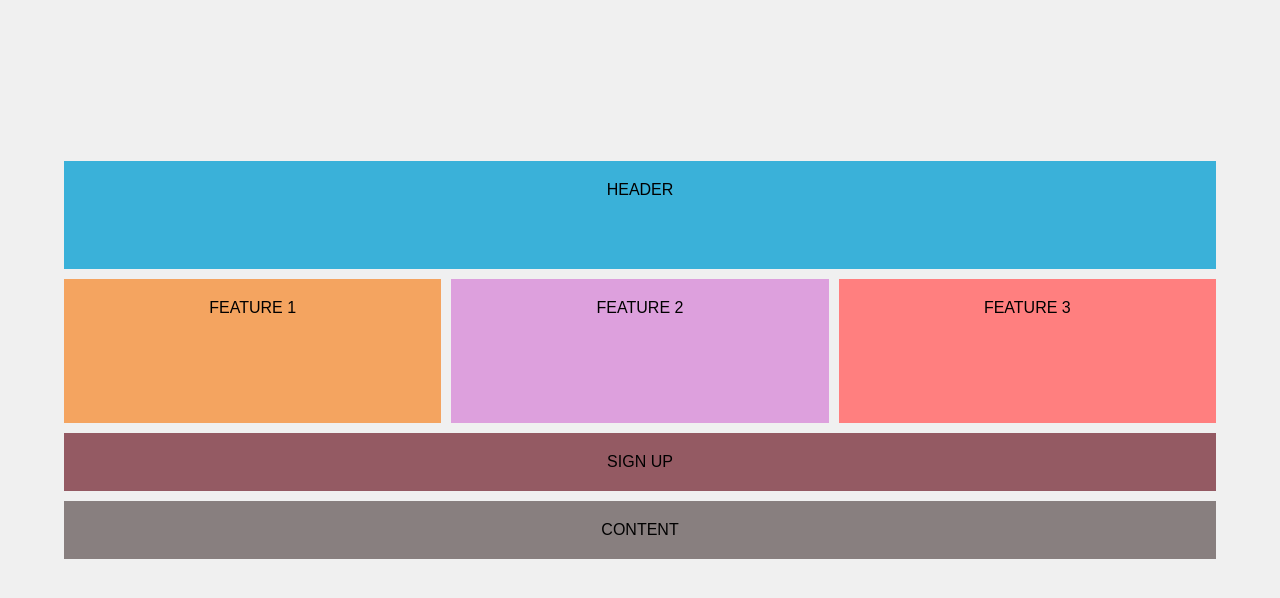
Repository: viveknaidu007/repo-152-FSD-InnomaticsTasksSep2024
Page: task_3/index.html
An editor plug-in stored every save of this project. The page is shown before and after the next save, followed by the edit.
The browser window is 1280 px wide. The pictures show the whole page.

Above is the page before, as saved 2024-10-02 11:34:53.

After the next save:
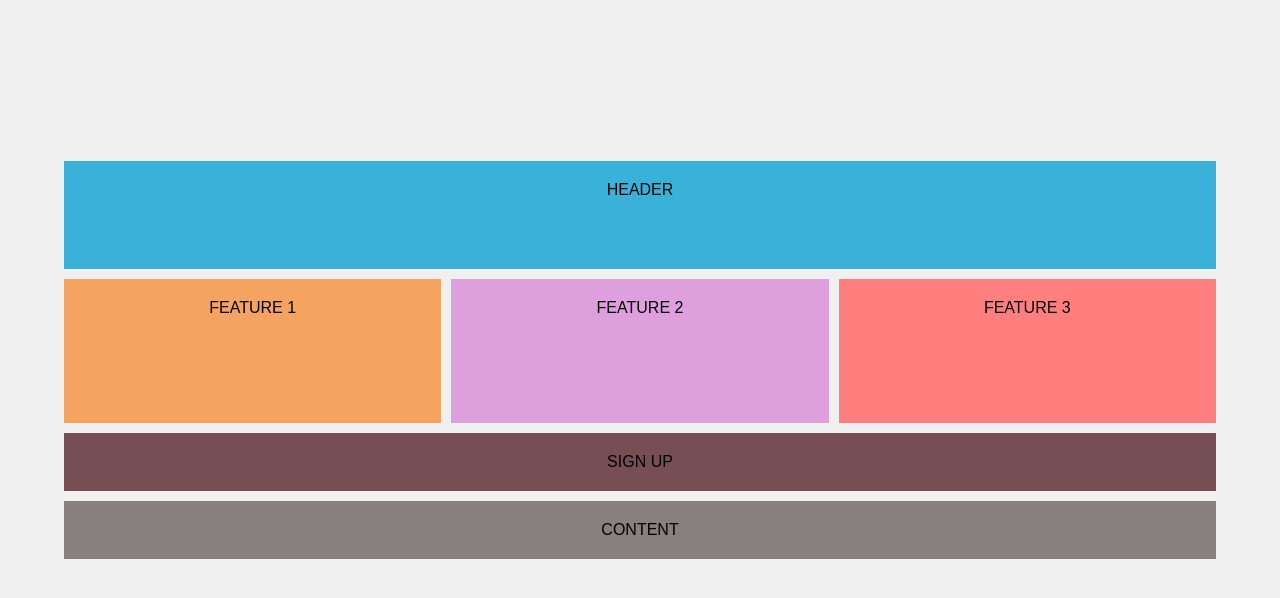
Saved 6 s later.
--- a/task_3/styles.css
+++ b/task_3/styles.css
@@ -48,7 +48,7 @@
 
   .signup {
     grid-area: signup;
-    background-color: #945a63;
+    background-color: #764e54;
     text-align: center;
     padding: 20px;
   }
